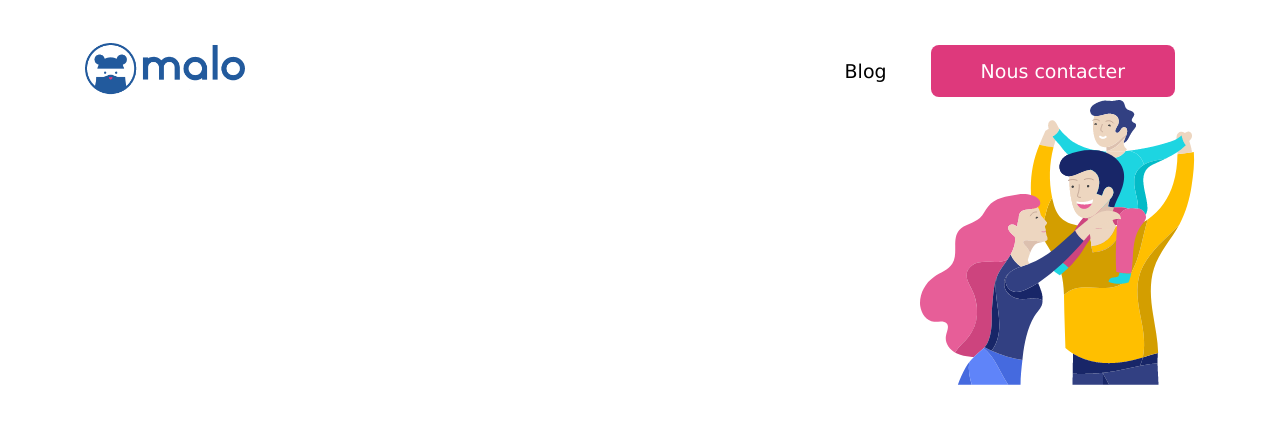
Repository: carbone-dev/keli-malo
Page: blog.html
An editor plug-in stored every save of this project. The page is shown before and after a run of saves, followed by the edit.
The browser window is 1280 px wide. The pictures show the whole page.

Above is the page before, as saved 2020-12-09 12:30:43.

### blog.html
<!DOCTYPE html>
<html lang="en">

<head>
    <meta charset="UTF-8">
    <meta name="viewport" content="width=device-width, initial-scale=1.0">
    <title>Document</title>
    <link rel="stylesheet" type="text/css" href="css/style.css">
    <link rel="stylesheet" type="text/css" href="css/header.css">
    <link rel="stylesheet" type="text/css" href="css/grid.css">
</head>

<body>
    <div class="container">

        <div class="header row align-items-center">
            <div class="col-6 col-md-2 ">
                <img class='img-full-width ' src="img/logo.png">
            </div>
            <div class="menu col-6 col-md-10 right d-none d-md-block ">
                <a href="#">Blog</a>
                <a href="#" class="boutton-1">Nous contacter</a>
            </div>
            <div class="menu col-6 col-md-10 right d-md-none d-sm-block">
                <a href="#nav-mobile">
                    <img src="img/burger.png" alt="">
                </a>
            </div>

            <div id="nav-mobile" class="modaloverlay">
                <div class="modal">
                  <div class="row">
                    <div class="col-6">
                        <img class='img-full-width ' src="img/logo.png">
                    </div>
                    <div class="menu col-6 right">
                        <a href="#close" class="close">
                            <img src="img/close.png" alt="">
                        </a>
                    </div>
                  </div>
                  <div class="row align-items-center center modal-content">
                    <div class="col-12">
                        <a href="#">Blog</a>
                    </div>
                    <div class="col-12">
                        <a href="#" class="boutton-1">Nous contacter</a>
                    </div>
                    <div class="col-12">
                        <a href="#"><img src="img/instagram.png"></a>
                        <a href="#"><img src="img/linkedin.png"></a>
                        <a href="#"><img src="img/facebook.png"></a>
                    </div>
                  </div>
                </div>
              </div>
        </div>

        <div class="top-content row">
            <div class="col-12 col-md-8">

            </div>
            <div class="col-12 col-md-4 right">
                <img src="img/blog-header-image.png" alt="blog-header-image">
            </div>
        </div>

    </div>

</body>

</html>

### css/style.css
body {
  margin: 0;
}

.img-full-width {
  width: 100%;
}

#container {
  margin: 2% 7%;
}

@media only screen and (min-width: 1367px) and (max-width: 1600px) {
  #container {
    margin: 2% 8%;
  }
}
@media only screen and (min-width: 1601px) and (max-width: 1920px) {
  #container {
    margin: 2% 20%;
  }
}
@media only screen and (min-width: 1921px) and (max-width: 9000px) {
  #container {
    margin: 2% 30%;
  }
}

/*-------UNI------*/

.box-shadow {
  padding: 20px 20px 15px 20px;
  background-color: white;
  box-shadow: 0px 0px 30px rgb(26, 90, 157, 0.1);
  margin: 20px 0;
  border-radius: 15px;
}
h1,
h2,
h3,
h5,
h6 {
  font-family: montserrat;
  font-weight: bold;
  margin: 0;
}
h1 {
  font-size: 60px;
  line-height: 70px;
}
h2 {
  font-size: 50px;
  line-height: 50px;
}
h3 {
  font-size: 25px;
  line-height: 35px;
  margin-bottom: 30px;
}
h5 {
  color: #1a5a9d;
  line-height: 20px;
  font-size: 20px;
}
h6 {
  line-height: 20px;
  font-size: 16px;
}

a,
p {
  margin: 0;
  text-decoration: none;
  font-family: verdana;
  font-size: 19px;
  color: black;
  font-weight: normal;
  line-height: 27px;
}
span {
  font-size: 13px;
}
li {
  font-family: verdana;
  font-size: 14px;
  color: black;
  line-height: 23px;
}
ul {
  padding-left: 15px;
}

.boutton-1 {
  color: white;
  background-color: #de397c;
  padding: 15px 50px;
  border-radius: 8px;
}
.boutton-contact {
  color: white;
  background-color: #de397c;
  padding: 15px 100px;
  border-color: #de397c;
  border-radius: 8px;
  outline: none;
  margin: 10px;
  font-size: 20px;
  border-style: none;
}

.img-boutton {
  margin-top: 5%;
}
.img-boutton a {
  margin-right: 20px;
}
.quote {
  width: 20px;
  height: 20px;
}
.formulaire {
  border: 2px solid;
  border-radius: 8px;
  outline: none;
  margin: 10px;
  font-size: 20px;
  padding: 15px;
}

/*-------header------*/
.menu a {
  margin: 0 20px;
}
/*-------le heros------*/
.le-heros {
  margin-top: 5%;
  background-image: url(../img/bg-le-heros.png);
  background-size: 100%;
  background-repeat: no-repeat;
  padding-bottom: 7%;
}
.img-le-heros {
  display: none;
}

/*-------malo-c-est-quoi------*/

.malo-c-est-quoi {
  margin-top: 10%;
}
.contenu-malo-c-est-quoi {
  margin: 10% 3%;
}
/*-------malo-VIDEO------*/

.malo-video {
  background-image: url(../img/bg-malo-video.png);
  background-size: 100%;
  background-repeat: no-repeat;
  margin-top: 10%;
  padding-bottom: 10%;
}
#play-vid {
  position: absolute;
  right: 35%;
  z-index: 0;
}
.video-1 {
  background-image: url(../img/bg-video-1.png);
  background-size: contain;
  background-repeat: no-repeat;
  padding: 30px 0;
}

.video-1 video {
  width: 700px;
  border-radius: 20px;
  outline-style: none;
}

/*-------malo-VIDEO------*/

.expert {
  margin-top: 15%;
  text-align: center;
  justify-content: center;
}
.expert-flex {
  display: flex;
  align-items: center;
  margin-top: 70px;
}
#play-vid-2 {
  position: absolute;
  right: 70%;
  z-index: 0;
}
.expert-video {
  width: 60%;
  background-image: url(../img/bg-video-2.png);
  background-size: contain;
  background-repeat: no-repeat;
  padding: 20px;
  text-align: left;
}
.expert-video video {
  width: 540px;
  border-radius: 20px;
  padding-left: 10px;
  outline-style: none;
}
.video-wrapper {
  position: relative;
}

.video-wrapper > video {
  width: 540px;
  border-radius: 20px;
}

.video-wrapper > video.has-media-controls-hidden::-webkit-media-controls {
  display: none;
}

.video-overlay-play-button {
  box-sizing: border-box;
  width: 510px;
  height: 100%;
  padding: 120px 120px 160px 160px;
  position: absolute;
  top: 30px;
  left: 30px;
  display: block;
  opacity: 0.95;
  cursor: pointer;
  background-color: rgb(0, 0, 0, 0);
  transition: opacity 150ms;
}

.video-overlay-play-button:hover {
  opacity: 1;
}

.video-overlay-play-button.is-hidden {
  display: none;
}

#expert-contenu {
  text-align: right;
  width: 40%;
}

.expert-contenu {
  display: flex;
  margin-top: 15px;
}
#expert-contenu h6 {
  margin-top: 20px;
}

/*------CAROUSEL------*/
.les-parents {
  margin-top: 10%;
}
.carousel {
  background-image: url(../img/bg-carousel.png);
  background-size: 100% 100%;
  background-repeat: no-repeat;
  padding: 30px 15px;
}
.slide {
  margin: 10px;
  padding-bottom: 50px;
  width: 50%;
}
.img-profil {
  margin-right: 20px;
  margin-bottom: 30px;
}
.fade {
  -webkit-animation-name: fade;
  -webkit-animation-duration: 1.5s;
  animation-name: fade;
  animation-duration: 1.5s;
}

@-webkit-keyframes fade {
  from {
    opacity: 0.4;
  }
  to {
    opacity: 1;
  }
}

@keyframes fade {
  from {
    opacity: 0.4;
  }
  to {
    opacity: 1;
  }
}
/* Next & previous buttons */
.fleche {
  text-align: right;
  position: relative;
  top: -100px;
}
.prev {
  color: gray;
}
.prev,
.next {
  cursor: pointer;
  width: auto;
  padding: 20px;
  font-weight: bold;
  font-size: 40px;
  transition: 0.6s ease;
  border-radius: 0 3px 3px 0;
  user-select: none;
}

/*-------BLOG-MALO------*/
.decouvrir-le-blog {
  justify-content: center;
  margin-top: 10%;
}
.bg-decouvrir {
  background-image: url(../img/bg-decouvrir.png);
  background-size: 100%;
  background-repeat: no-repeat;
  padding-bottom: 5%;
}

.decouvrir-left {
  width: 70%;
}
.decouvrir-left-1 {
  width: 50%;
  margin: 10px;
}
.decouvrir-left-2 {
  width: 50%;
  margin: 10px;
}
.decouvrir-right {
  width: 30%;
  text-align: right;
  margin-top: 50px;
}
.sommeil {
  width: 30%;
}
.alimentation {
  width: 60%;
}

/*-------POPUP------*/
.popup {
  margin-top: 10%;
}
.popup img {
}
.contenu-popup {
  background-color: #1a5a9d;
  border-radius: 20px;
  align-items: center;
  padding: 60px;
}
.titre-popup {
  width: 50%;
  color: white;
  margin: 0;
}

.formulaire-popup {
  width: 50%;
  color: white;
}
.mail-popup {
  border-color: white;
  background-color: rgb(0, 0, 0, 0);
  color: white;
  font-family: montserrat;
  font-weight: bold;
}
.mail-popup::placeholder {
  color: white;
}
.boutton-popup {
  border-color: white;
  background-color: white;
  padding: 15px 30px;
  font-family: montserrat;
  font-weight: bold;
  color: #de397c;
  cursor: pointer;
}

/*-------CONTACT------*/
.contactez-nous {
  margin-top: 10%;
}
.contenu-contact {
  width: 50%;
}
.contenu-contact p {
  line-height: 50px;
  margin: 20px;
}
.contenu-contact h3 {
  margin-bottom: 10px;
}
.contenu-contact a {
  margin-right: 20px;
}
.formulaire-contact {
  width: 50%;
  background-image: url(../img/bg-formulaire-contact.png);
  background-repeat: no-repeat;
  background-size: 100%;
}
.bg-contact {
  padding: 10px;
  background-color: white;
  margin: 30px;

  box-shadow: 0px 0px 30px rgb(26, 90, 157, 0.1);
  border-radius: 15px;
}
.form-2 {
  width: 200px;
  border-color: #d8d8d8;
  color: black;
}
.form-1 {
  width: 460px;
}
.contact-text {
  border-color: #d8d8d8;
  font-family: montserrat;
}
.contact-text::placeholder {
  color: black;
  border-color: #d8d8d8;
  font-family: arial;
}

/*-------il nous soutien------*/

.il-nous-soutiennent {
  margin-top: 10%;
}

.il-nous-soutiennent h1 {
  margin-left: 20%;
}

/*-------footer------*/
.footer {
  margin-top: 10%;
  background-color: #1a5a9d;
}
.logo-popup {
  padding: 40px;
  margin: 0;
}
.logo-boutton {
  width: 50%;
}
.popup-icon {
  width: 45%;
}
.news-letter h3 {
  margin-bottom: 0;
  font-weight: normal;
  color: black;
}
.suivez-footer h3 {
  margin-bottom: 10px;
  font-weight: normal;
  color: white;
}
.suivez-footer a {
  margin-right: 20px;
}
.mail-footer {
  color: #d8d8d8;
  border-color: #d8d8d8;
}
.mail-footer::placeholder {
  color: #d8d8d8;
  border-color: #d8d8d8;
}
.boutton-footer {
  color: white;
  background-color: #de397c;
  border-color: #de397c;
  padding: 15px 40px;
  cursor: pointer;
}

.menu-footer {
  background-color: #0f3c6b;
  margin: 0;
  padding: 20px;
}
.menu-footer li {
  list-style: none;
}
.menu-footer a,
.menu-footer span {
  color: white;
  margin: 30px;
}

/*-------G R I D------*/

/* .row {
  display: flex;
  align-items: center;
  flex-wrap: wrap;
}

.col-sm-10 {
  width: 100%;
}
.col-sm-9 {
  width: 90%;
}
.col-sm-8 {
  width: 80%;
}
.col-sm-7 {
  width: 70%;
}
.col-sm-65 {
  width: 65%;
}
.col-sm-6 {
  width: 60%;
}
.col-sm-55 {
  width: 55%;
}
.col-sm-5 {
  width: 50%;
}
.col-sm-45 {
  width: 45%;
}
.col-sm-4 {
  width: 40%;
}
.col-sm-35 {
  width: 35%;
}
.col-sm-3 {
  width: 30%;
}
.col-sm-2 {
  width: 20%;
}
.col-sm-1 {
  width: 10%;
}

.col-10 {
  width: 100%;
}
.col-9 {
  width: 90%;
}
.col-8 {
  width: 80%;
}
.col-7 {
  width: 70%;
}
.col-65 {
  width: 65%;
}
.col-6 {
  width: 60%;
}
.col-55 {
  width: 55%;
}
.col-5 {
  width: 50%;
}
.col-45 {
  width: 45%;
}
.col-4 {
  width: 40%;
}
.col-35 {
  width: 35%;
}
.col-3 {
  width: 30%;
}
.col-2 {
  width: 20%;
}
.col-1 {
  width: 10%;
} */

.center {
  justify-content: center;
  text-align: center;
  align-items: center;
}
.left {
  text-align: left;
  justify-content: center;
  align-items: center;
}
.right {
  text-align: right;
  justify-content: center;
  align-items: center;
}

/*-------MEDIA ------*/

@media only screen and (min-width: 107px) and (max-width: 480px) {
  /* .col-10,
  .col-9,
  .col-8,
  .col-7,
  .col-6,
  .col-65,
  .col-5,
  .col-55,
  .col-4,
  .col-45,
  .col-35,
  .col-3,
  .col-2,
  .col-1 {
    width: 100% !important;
    margin: 5% 0;
    text-align: center !important;
    align-items: center !important;
    justify-content: center !important;
  } */
  .col-reverse {
    display: flex;
    flex-wrap: wrap;
    flex-direction: column-reverse;
    align-items: center;
  }
  .box-shadow {
    padding: 5px;
    box-shadow: 0px 0px 20px rgb(26, 90, 157, 0.1);
    margin: 20px 0;
    border-radius: 5px;
  }
  #container {
    margin: 2% 10%;
    text-align: center;
  }
  .img-boutton img {
    width: 40% !important;
  }

  h1,
  h2,
  h3 {
    font-size: 28px !important;
    line-height: 35px !important;
    margin-bottom: 1%;
  }
  h5 {
    line-height: 19px;
    font-size: 16px;
  }
  h6 {
    line-height: 20px;
    font-size: 16px;
  }
  a,
  p,
  span {
    font-size: 15px !important;
    line-height: 23px !important;
    margin-bottom: 1%;
  }

  li {
    font-family: verdana;
    font-size: 14px;
    color: black;
    line-height: 23px;
  }
  ul {
    padding-left: 15px;
  }

  /*-------LE HEROS------*/

  .le-heros-right {
    display: none;
  }
  .img-le-heros {
    display: initial !important;
  }
  .le-heros {
    background-image: inherit;
  }
  .le-heros img {
    width: 60%;
    margin-top: 5%;
  }

  /*-------malo-VIDEO------*/

  .malo-video {
    background-image: none;
    padding: 0;
  }
  .titre-video-1 {
    background-image: url(../img/bg-malo-phone.png);
    background-size: 100%;
    background-repeat: no-repeat;
    padding-bottom: 15%;
  }
  .titre-video-1 h3 {
    text-align: left;
  }
  #play-vid {
    position: relative;
    right: -150px;
    top: -140px;
    z-index: 0;
  }
  .video-1 {
    background-image: url(../img/bg-video-1.png);
    background-size: contain, cover;
    background-repeat: no-repeat;
    padding: 20px 0;
    text-align: center;
    margin: 0;
  }

  .video-1 video {
    width: 300px;
    border-radius: 10px;
  }
}

### css/header.css
.header{
    margin-top: 43px;
}

/* MODAL MOBILE */

.modaloverlay {
    background: rgba(0, 0, 0, 0.8);
    bottom: 0;
    left: 0;
    opacity: 0;
    pointer-events: none;
    position: fixed;
    right: 0;
    top: 0;
    -webkit-transition: opacity 400ms ease-in;
    -moz-transition: opacity 400ms ease-in;
    transition: opacity 400ms ease-in;
    z-index: -1;
    display: none;
  }
  .modaloverlay:target {
    display: block;
    opacity: 1;
    pointer-events: auto;
    z-index: 99999;
  }
  .modaloverlay .modal {
    background-color: white;
    height: 100%;
    position: relative;
    margin: 0 auto;
    padding-top: 43px;
    padding-left: 15px;
    overflow-y: scroll;
    -webkit-overflow-scrolling: touch;
  }
  @media (min-width: 60em) {
    .modaloverlay .modal {
      height: 75%;
      margin: 5% auto;
      max-height: 57em;
      max-width: 66em;
      width: 85%;
    }
  }
  .modaloverlay .modal > iframe,
  .modaloverlay .modal > div {
    border: none;
    width: 100%;
    /* height: 100%; */
  }
  .modaloverlay .close {
    position: relative;
    top: 10px;
  }

  .modal-content{
    height: 60%;
    padding-top: 160px;
  }

Loaded but not shown: css/grid.css (1420 lines, source omitted)

After the next 2 saves:
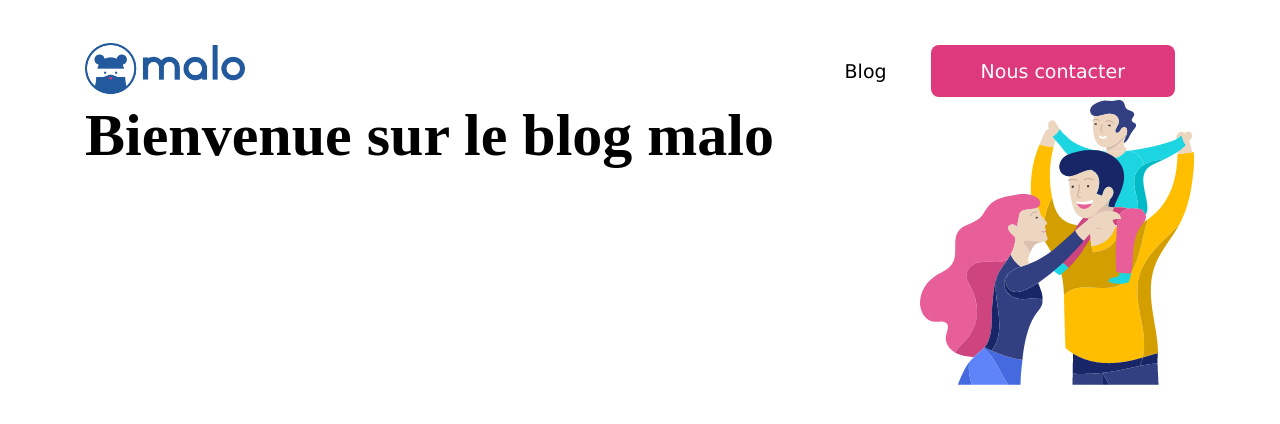
The 2 saves are shown as one change because they came seconds apart.
The last was saved 7 s later.
--- a/blog.html
+++ b/blog.html
@@ -58,7 +58,9 @@
 
         <div class="top-content row">
             <div class="col-12 col-md-8">
-
+                <h1>
+                    Bienvenue sur le blog malo
+                </h1>
             </div>
             <div class="col-12 col-md-4 right">
                 <img src="img/blog-header-image.png" alt="blog-header-image">
